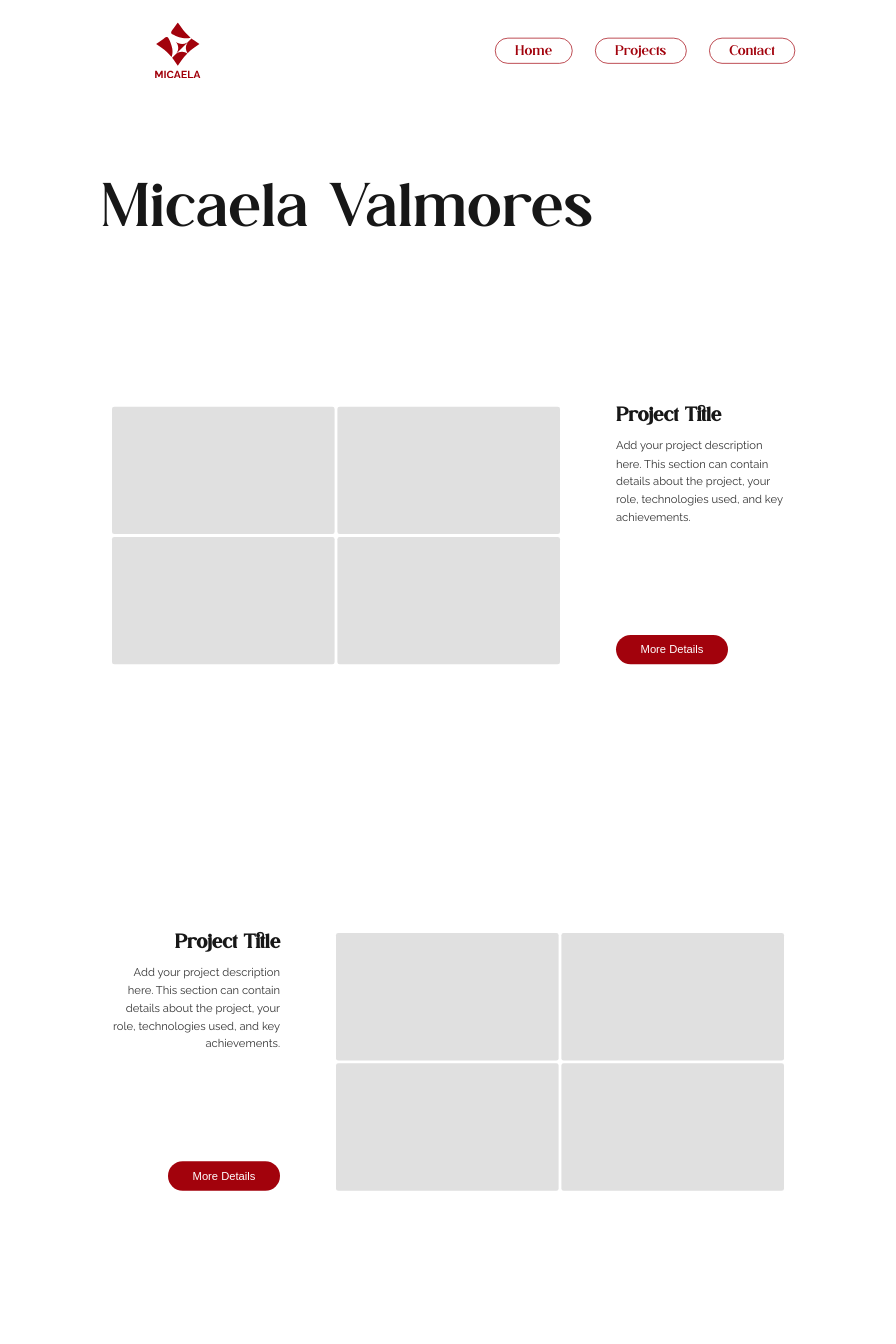
Repository: Micaelavalmores/Micaela-Portfolio
Page: /
An editor plug-in stored every save of this project. The page is shown before and after the next save, followed by the edit.
The browser window is 1280 px wide. The pictures show the part of the page from y = 0 to 1920 px (the page is 3413 px tall before and 3445 px after), at 70% of full size.
The project was rebuilt for these pictures with package versions that can differ from the ones it lists, and the page was loaded fresh each time. The framework's server and built-in components were replaced by stand-ins that run in the browser. Also part of the build but not shown: next.config.mjs.

Above is the page before, as saved 2026-01-27 12:49:18.

After the next save:
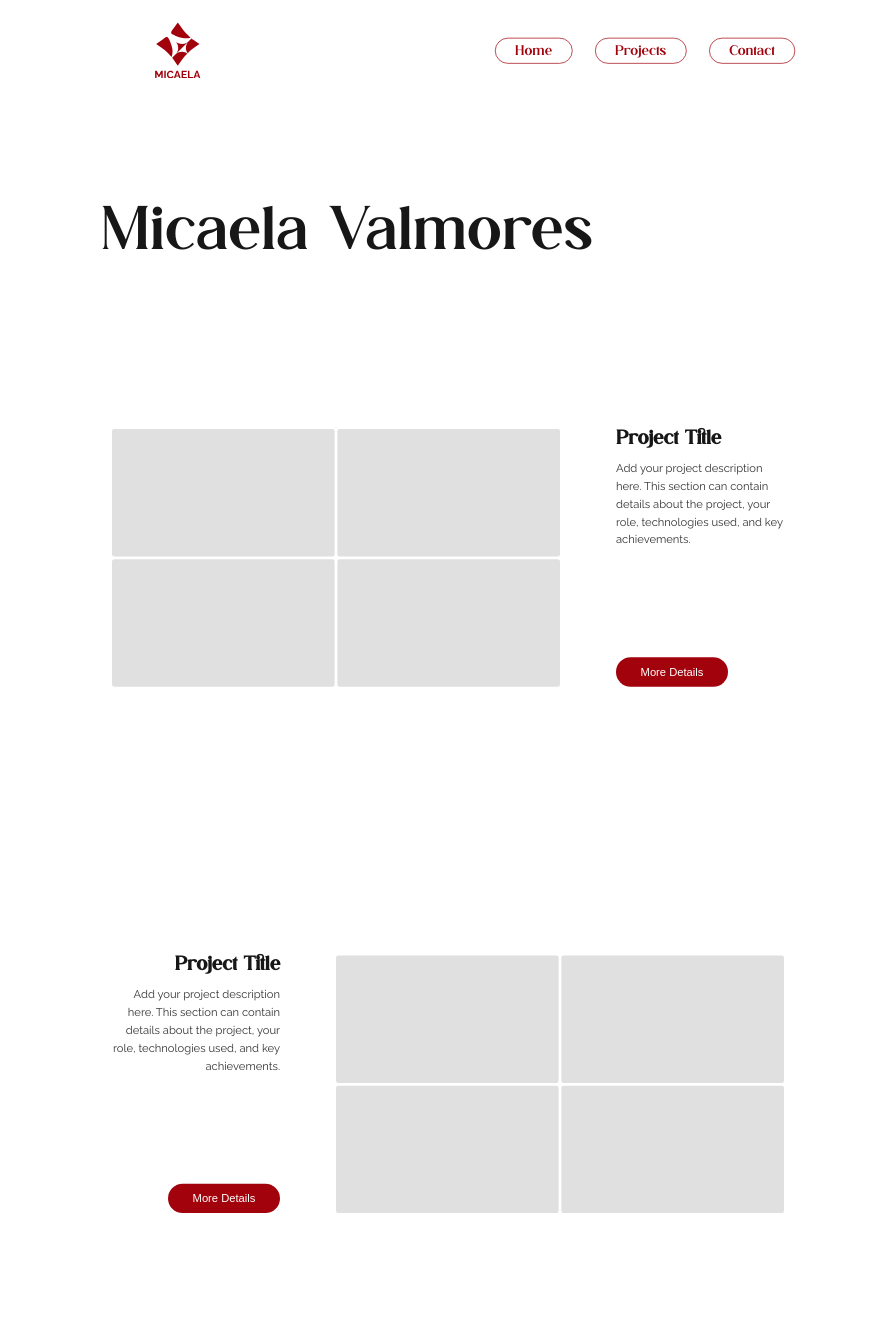
Saved 11 s later.
--- a/app/page.module.css
+++ b/app/page.module.css
@@ -36,7 +36,7 @@
   font-size: 5.5rem;
   font-weight: 500;
   margin: 0;
-  padding: 5rem 0 0;
+  padding: 7rem 0 0;
   font-family: ghaista;
 }
 
